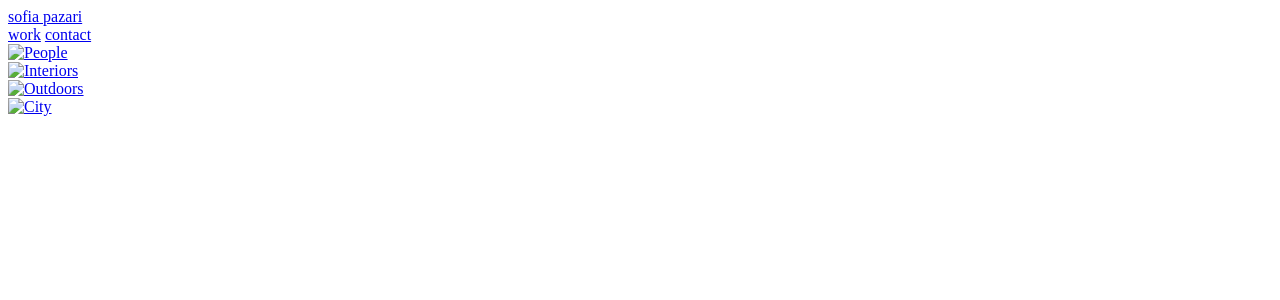
Repository: debthebuilder/pazari-squarespace-template
Page: index.html
The author's editor kept a copy of each file at every save. The page is drawn from the files as they stood at one save, then again after the next save.
The browser window is 1280 px wide. The pictures show the whole page.

Above is the page before, as saved 2022-11-03 21:08:22.

After the next save:
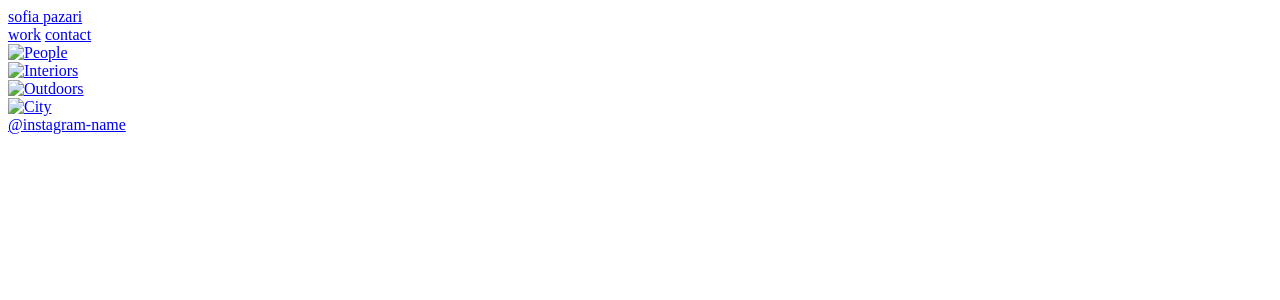
Saved 10 s later.
--- a/index.html
+++ b/index.html
@@ -40,7 +40,7 @@
     </main>
     <!--Footer-->
     <footer class="footer">
-        <a href="#" class="footer-link"></a>
+        <a href="#" class="footer-link">@instagram-name</a>
     </footer>
 </body>
 </html>
